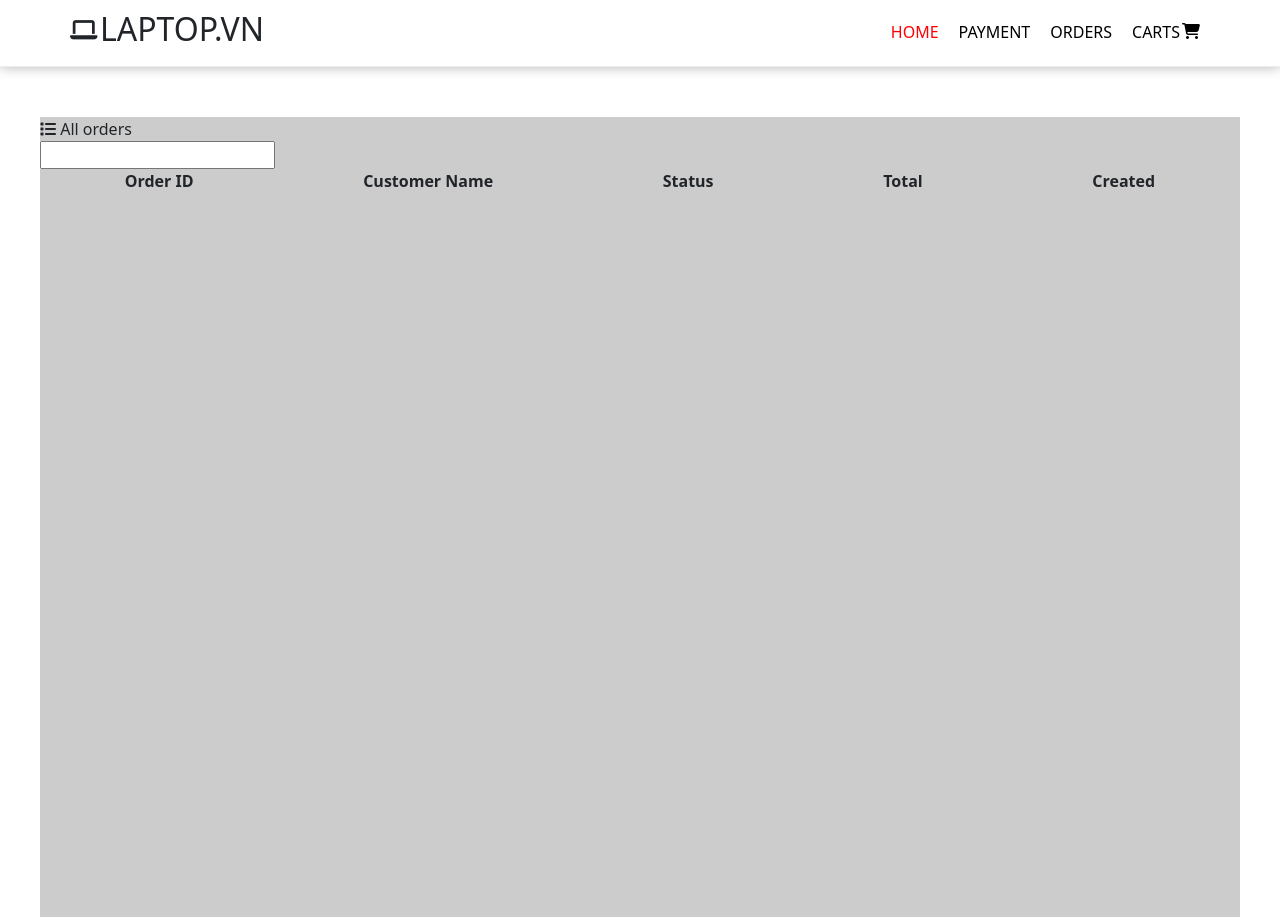
Repository: nguyenhaidang212/danh-sach-ban-hang
Page: index.html
These files come from the project's save history. The page is drawn as it stood at one moment and after the next save; the edit follows.
The browser window is 1280 px wide. The pictures show the whole page.
The page's requests for data from a server got no answer. Some web libraries are served in a nearby version.

Above is the page before, as saved 2023-02-26 17:09:45.
Console error: TypeError: Cannot read properties of null (reading 'forEach')

After the next save:
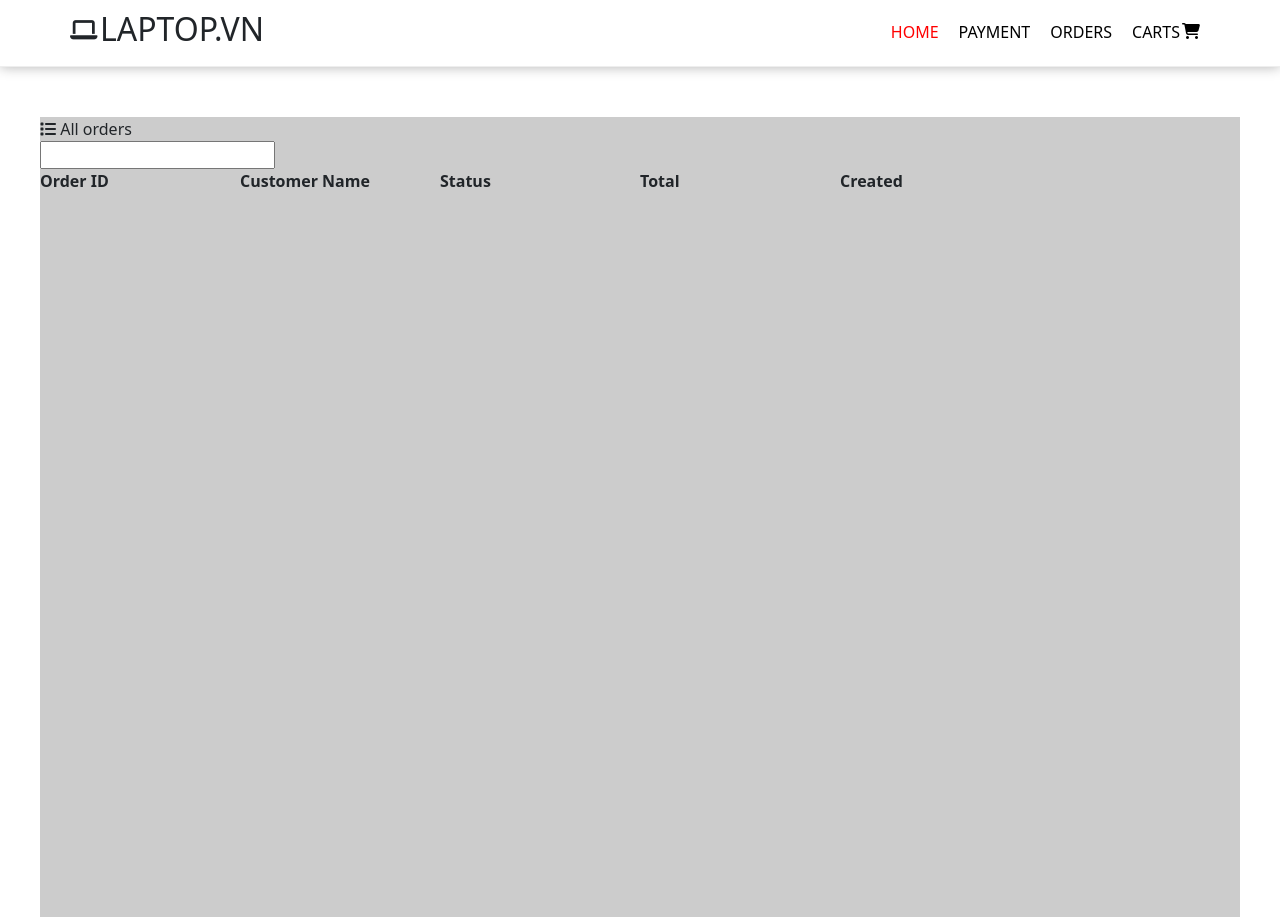
Saved 35 s later.
--- a/style.css
+++ b/style.css
@@ -423,6 +423,6 @@
   background-color: #ccc;
 }
 .order-gird {
-  display: flex;
-  justify-content: space-around;
-}
+  display: grid;
+  grid-template-columns: 200px 200px 200px 200px 200px;
+}
